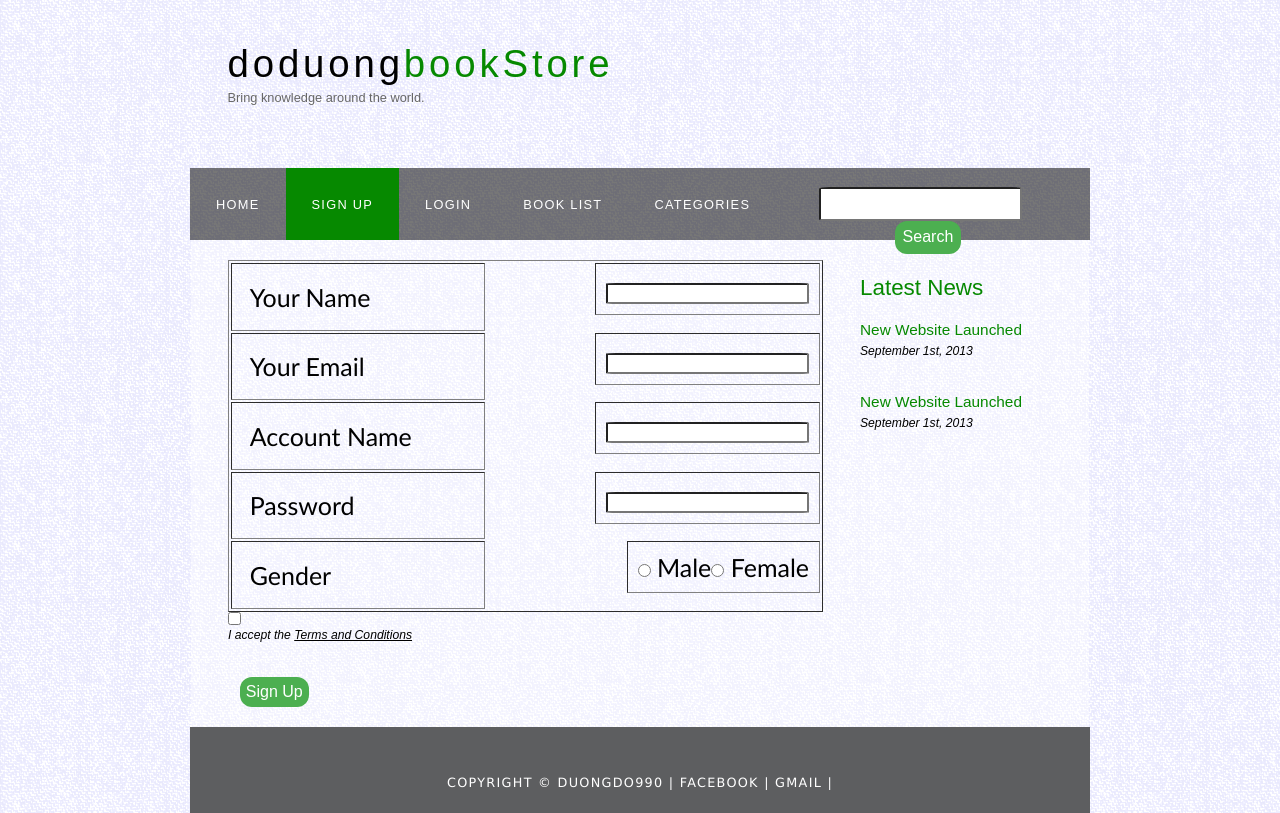
Repository: ngttuyen/JavaWeb
Page: http://localhost/MyWebsite/signup.jsp
These files come from the project's save history. The page is drawn as it stood at one moment and after the next save; the edit follows.
The browser window is 1280 px wide. The pictures show the whole page.
The page is served by Tomcat 9. Other server files are loaded and not shown.

Above is the page before, as saved 2019-06-01 12:54:08.

### MyWebsite/WebContent/signup.jsp
<%@page contentType="text/html" pageEncoding="utf-8"%>
<%@ include file="includes/head.jsp"%>
<body>
	<div id="main">
		<div id="header">
			<div id="logo">
				<div id="logo_text">
					<!-- class="logo_colour", allows you to change the colour of the text -->
					<h1>
						<a href="index.jsp">doduong<span class="logo_colour">bookStore</span></a>
					</h1>
					<h2>Bring knowledge around the world.</h2>
				</div>
			</div>
			<div id="menubar">
				<ul id="menu">
					<!-- put class="selected" in the li tag for the selected page - to highlight which page you're on -->
					<li><a href="index.jsp">Home</a></li>
					<li class="selected"><a href="signup.jsp">Sign Up</a></li>
					<li><a href="login.jsp">Login</a></li>
					<li><a href="book.jsp">Book List</a></li>
					<li><a href="categories.jsp">Categories</a></li>
				</ul>
				<form method="get" action="" id="searchForm">
					<input type="text" name="search" class="styled-input">
					<button class="button">Search</button>
				</form>
			</div>

		</div>
		<div id="site_content">
			<%@ include file="/includes/sidebar.jsp"%>
			<div id="content">
				<!-- -------------------------your code here---------------------- --->
				<form>
					<table border="1">
						<tr>
							<td><label>Your Name</label></td>
							<td class="right"><input type="text" name="name" class="styled-input"></td>
						</tr>
						<tr>
							<td><label>Your Email</label></td>
							<td class="right"><input type="text" name="email" class="styled-input"></td>
						</tr>
						<tr>
							<td><label>Account Name</label></td>
							<td class="right"><input type="text" name="id" class="styled-input"></td>
						</tr>
						<tr>
							<td><label>Password</label></td>
							<td class="right"><input type="password" name="pw" class="styled-input"></td>
						</tr>
						<tr>
							<td><label>Gender</label></td>
							<td class="right"><input class="gender-radio" type="radio" name="gender" value="male">
								Male<input class="gender-radio" type="radio" name="gender" value="female">
								Female</td>
						</tr>
					</table>
					<input type="checkbox" required name="terms"><h5>I accept the <u>Terms and Conditions</u></h5></p>
				</form>
				<button class="button">Sign Up</button>






				<!-- -------------------------your code here---------------------- --->
			</div>
		</div>
		<div id="footer">
			<!---footer here --->
			<%@ include file="/includes/footer.jsp"%>
		</div>
	</div>
</body>
</html>

### MyWebsite/WebContent/includes/head.jsp
<%@page contentType="text/html" pageEncoding="utf-8" %>
<!doctype html>
<html>

<head>
  <title>doduong's BookStore</title>
  <meta name="description" content="website description" />
  <meta name="keywords" content="website keywords, website keywords" />
  <meta http-equiv="content-type" content="text/html; charset=windows-1252" />
  <link rel="stylesheet"href="styles/style.css" title="style">
</head>

### MyWebsite/WebContent/includes/sidebar.jsp
<%@page contentType="text/html" pageEncoding="utf-8"%>
<div class="sidebar">
	<!-- insert your sidebar items here -->
	<h3>Latest News</h3>
	<h4>New Website Launched</h4>
	<h5>September 1st, 2013</h5>
	<p></p>
	<h4>New Website Launched</h4>
	<h5>September 1st, 2013</h5>
</div>

### MyWebsite/WebContent/includes/footer.jsp
<%@page contentType="text/html" pageEncoding="utf-8"%>
<div id="footer">
	Copyright &copy; duongdo990 | <a
		href="#">Facebook</a> | <a
		href="#">Gmail</a> |
</div>
</div>

### MyWebsite/WebContent/styles/style.css
html
{ height: 100%;}

*
{ margin: 0;
  padding: 0;}

body
{ font: normal .80em 'trebuchet ms', arial, sans-serif;
  background: #F0EFE2 url(../images/background.png) repeat;
  color: #777;}

p
{ padding: 0 0 20px 0;
  line-height: 1.7em;}

img
{ border: 0;}

h1, h2, h3, h4, h5, h6
{ font: normal 175% 'century gothic', arial, sans-serif;
  color: #068900;
  margin: 0 0 15px 0;
  padding: 15px 0 5px 0;}

h2
{ font: normal 175% 'century gothic', arial, sans-serif;
  color: #068900;}

h4, h5, h6
{ margin: 0;
  padding: 0 0 5px 0;
  font: normal 120% arial, sans-serif;
  color: #068900;}

h5, h6
{ font: italic 95% arial, sans-serif;
  padding: 0 0 15px 0;
  color: #000;}

h6
{ color: #362C20;}

a, a:hover
{ outline: none;
  text-decoration: underline;
  color: #FD5BFF;}

a:hover
{ text-decoration: none;}

.left
{ float: left;
  width: auto;
  margin-right: 10px;}

.right
{ float: right;
  width: auto;
  margin-left: 10px;}

.center
{ display: block;
  text-align: center;
  margin: 20px auto;}

blockquote
{ margin: 20px 0;
  padding: 10px 20px 0 20px;
  border: 1px solid #E5E5DB;
  background: #FFF;}

ul
{ margin: 2px 0 22px 17px;}

ul li
{ list-style-type: circle;
  margin: 0 0 6px 0;
  padding: 0 0 4px 5px;}

ol
{ margin: 8px 0 22px 20px;}

ol li
{ margin: 0 0 11px 0;}

#main, #logo, #menubar, #site_content, #footer
{ margin-left: auto;
  margin-right: auto;}

#header
{ height: 240px;}

#logo
{ width: 825px;
  position: relative;
  height: 168px;}

#logo #logo_text
{ position: absolute;
  top: 20px;
  left: 0;}

#logo h1, #logo h2
{ font: normal 300% 'century gothic', arial, sans-serif;
  border-bottom: 0;
  text-transform: none;
  margin: 0;}

#logo_text h1, #logo_text h1 a, #logo_text h1 a:hover
{ padding: 22px 0 0 0;
  color: #000;
  letter-spacing: 0.1em;
  text-decoration: none;}

#logo_text h1 a .logo_colour
{ color: #068900;}

#logo_text h2
{ font-size: 100%;
  padding: 4px 0 0 0;
  color: #676767;}

#menubar
{ width: 900px;
  height: 72px;
  padding: 0;
  background: transparent url(../images/transparent.png) repeat;}

ul#menu, ul#menu li
{ float: left;
  margin: 0;
  padding: 0;}

ul#menu li
{ list-style: none;}

ul#menu li a
{ letter-spacing: 0.1em;
  font: normal 100% arial, sans-serif;
  display: block;
  float: left;
  height: 37px;
  padding: 29px 26px 6px 26px;
  text-align: center;
  color: #FFF;
  text-transform: uppercase;
  text-decoration: none;
  background: transparent;}

ul#menu li a:hover, ul#menu li.selected a, ul#menu li.selected a:hover
{ color: #FFF;
  background: #068900;}

#site_content
{ width: 837px;
  overflow: hidden;
  margin: 0 auto 0 auto;
  padding: 20px 24px 20px 37px;
  background: transparent url(../images/transparent_light.png) repeat;}

.sidebar
{ float: right;
  width: 190px;
  padding: 0 15px 20px 15px;}

.sidebar ul
{ width: 178px;
  padding: 4px 0 0 0;
  margin: 4px 0 30px 0;}

.sidebar li
{ list-style: none;
  padding: 0 0 7px 0; }

.sidebar li a, .sidebar li a:hover
{ padding: 0 0 0 40px;
  display: block;
  background: transparent url(../images/link.png) no-repeat left center;}

.sidebar li a.selected
{ color: #444;
  text-decoration: none;}

#content
{ text-align: left;
  width: 595px;
  padding: 0;}

#content ul
{ margin: 2px 0 22px 0px;}

#content ul li
{ list-style-type: none;
  background: url(../images/bullet.png) no-repeat;
  margin: 0 0 6px 0;
  padding: 0 0 4px 25px;
  line-height: 1.5em;}

#footer
{ width: 900px;
  font: normal 100% 'lucida sans unicode', arial, sans-serif;
  height: 33px;
  padding: 24px 0 5px 0;
  text-align: center;
  background-color: #5d5e60;
  color: #FFF;
  text-transform: uppercase;
  letter-spacing: 0.1em;}

#footer a
{ color: #FFF;
  text-decoration: none;}

#footer a:hover
{ color: #FFF;
  text-decoration: underline;}

.search
{ color: #5D5D5D;
  border: 1px solid #BBB;
  width: 134px;
  padding: 4px;
  font: 100% arial, sans-serif;}

#colours
{ height: 0px;
  text-align: right;
  padding: 66px 16px 0px 300px;}
  /*-------------------------------------*/
.button {
  background-color: #4CAF50; /* Green */
  border: none;
  color: white;
  padding: 1% 1%;
  text-align: center;
  text-decoration: none;
  display: inline-block;
  font-size: 16px;
  border-radius: 12px;
  margin-left: 2%;
}
#searchForm{
  height: 37px;
  padding: 19px 26px 6px 10%;
  text-align: center;
  color: #FFF;
  text-transform: uppercase;
  text-decoration: none;
  background: transparent;
}
.styled-input {
	height: 80%;
	border-radius: 5%;
	font-size: 15px;
	border: 1% solid #068900;
	font-weigh: bold;
}
table{
	width: 100%;
	height: 100%;
	font-size: 25px;
	color: black;
}
td{
	padding: 3% 3% 3% 3%;
}

After the next save:
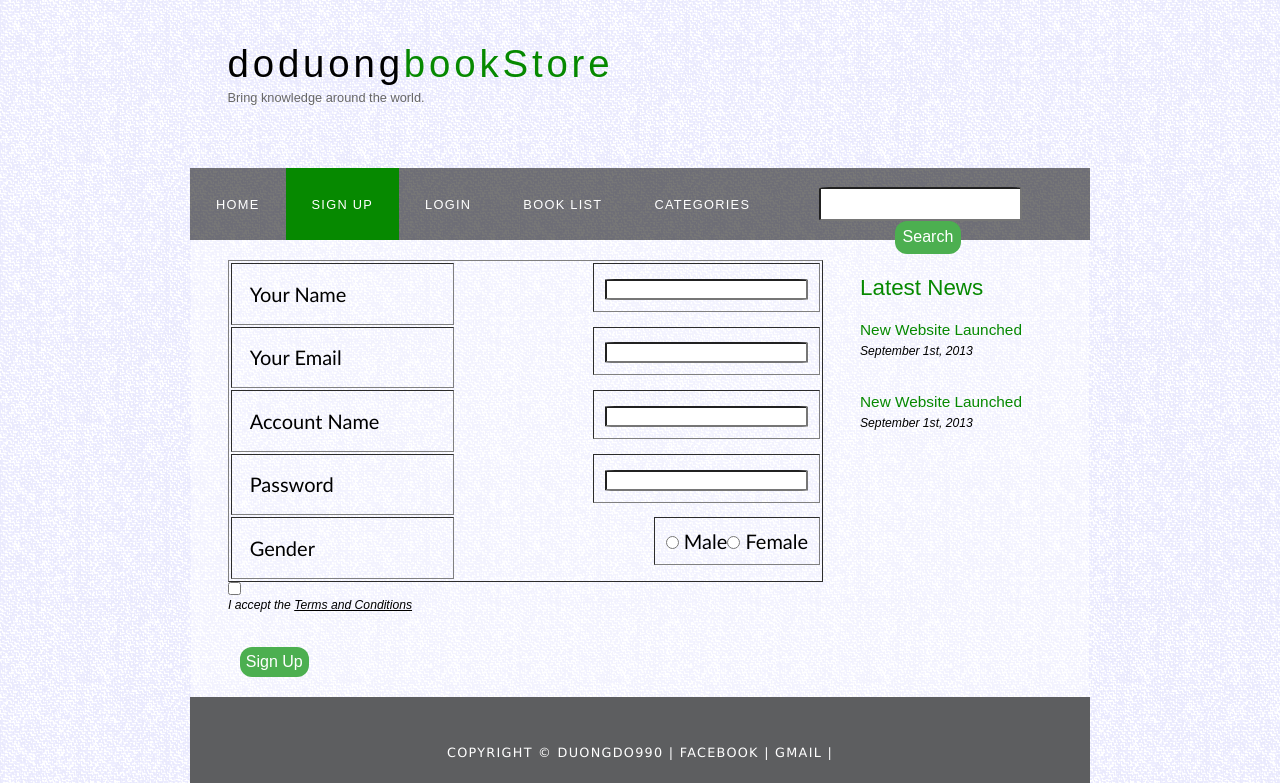
Saved 7 s later.
--- a/MyWebsite/WebContent/styles/style.css
+++ b/MyWebsite/WebContent/styles/style.css
@@ -259,7 +259,7 @@ ul#menu li a:hover, ul#menu li.selected a, ul#menu li.selected a:hover
 table{
 	width: 100%;
 	height: 100%;
-	font-size: 25px;
+	font-size: 20px;
 	color: black;
 }
 td{
